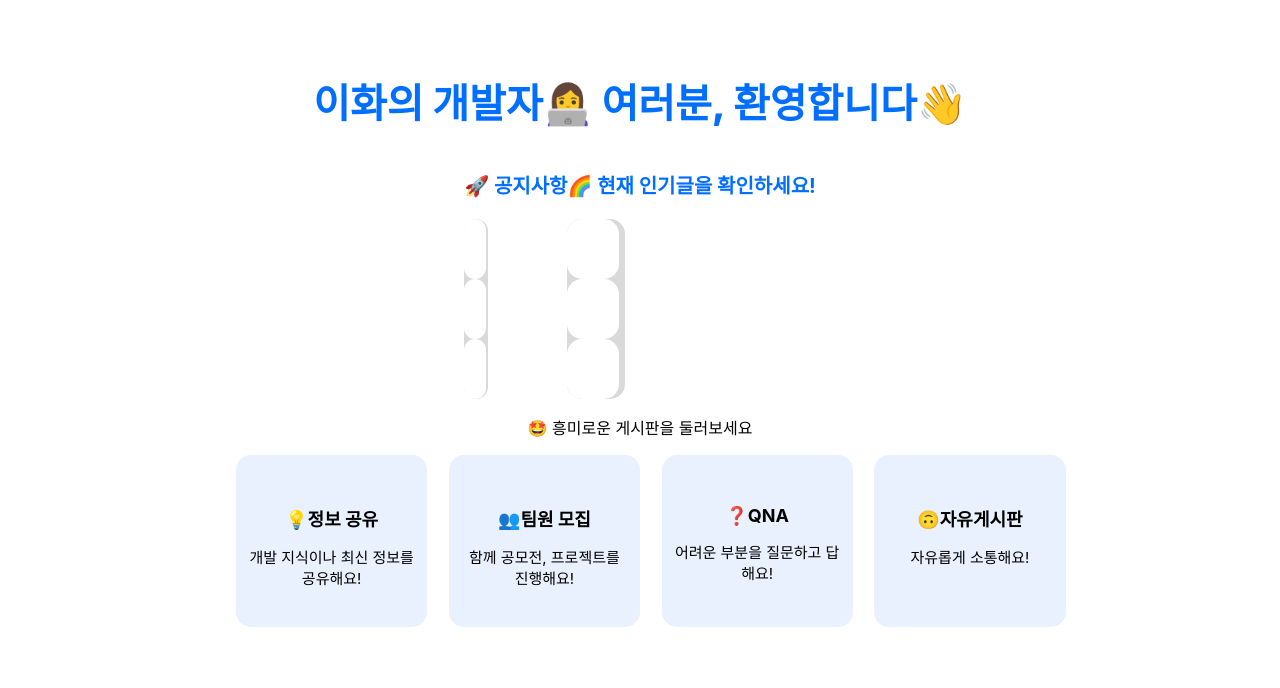
Repository: TeamCosine/Front
Page: /home
The author's editor kept a copy of each file at every save. The page is drawn from the files as they stood at one save, then again after the next save.
The browser window is 1280 px wide. The pictures show the whole page.
The project was rebuilt for these pictures with package versions that can differ from the ones it lists, and the page was loaded fresh each time. Also part of the build but not shown: src/pages/Profile.js, src/pages/Login.js, src/components/MyInfo/Card.js, src/pages/MyInfo.js, src/pages/Write.js, src/components/common/Title.js, src/pages/Qna.js, src/pages/Invite.js.

Above is the page before, as saved 2023-07-15 21:58:29.

After the next save:
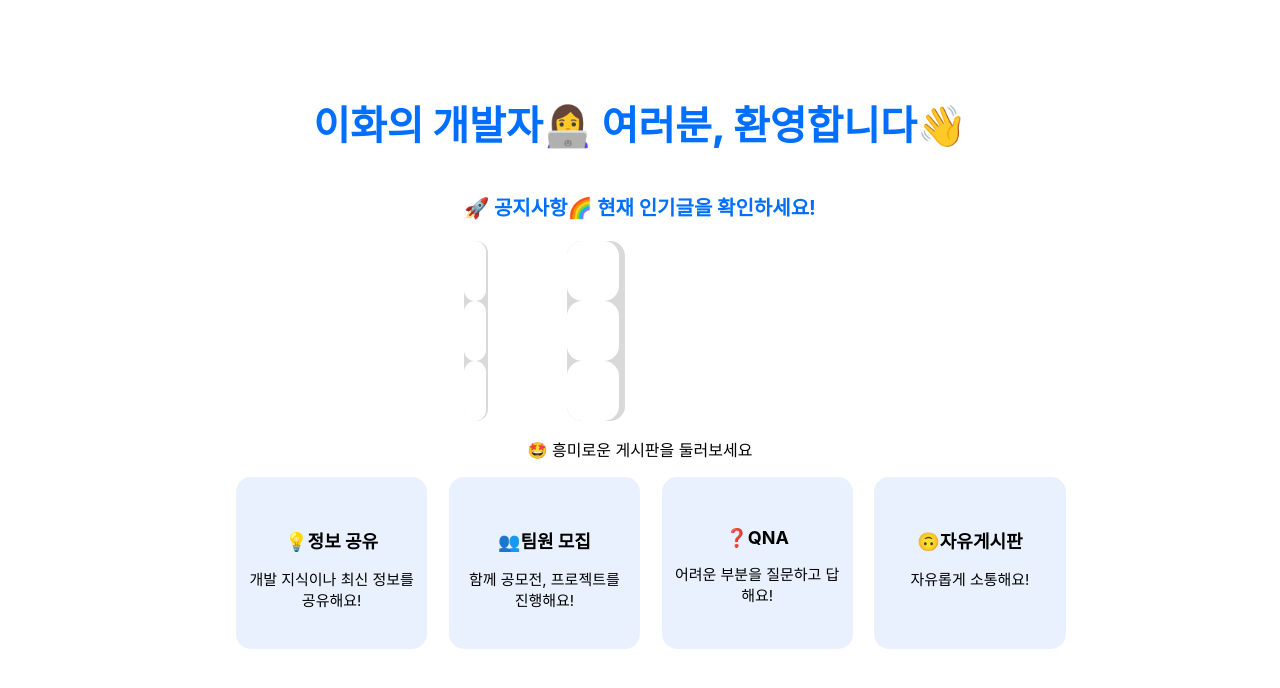
Saved 20 s later.
--- a/src/pages/Home.js
+++ b/src/pages/Home.js
@@ -11,7 +11,7 @@ const Box = styled.div`
 `;
 
 const Title = styled.div`
-    margin-top: 10vh;
+    margin-top: 13vh;
     font-size: 40px;
     text-align: center;
     font-weight: 800;
